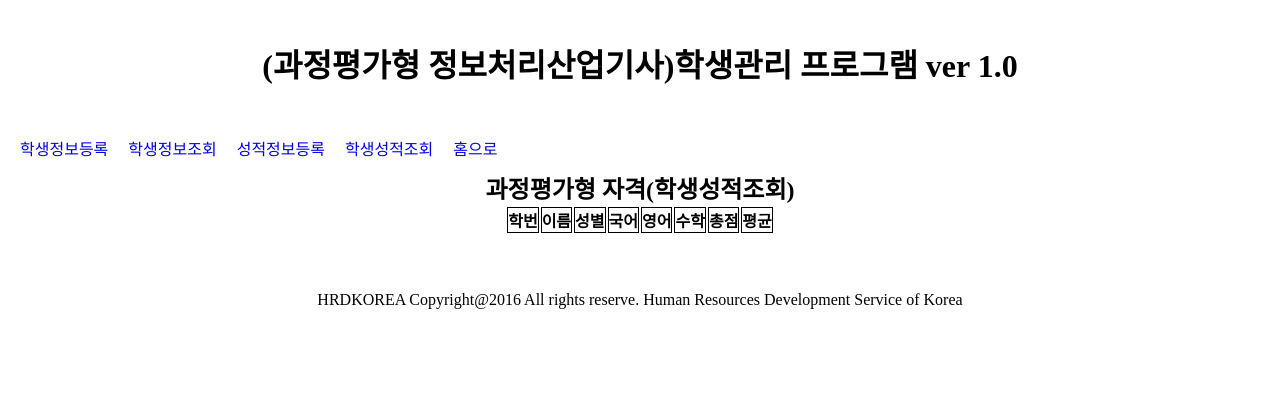
Repository: SeolhwaPark/JSL40_HRDKOREA
Page: http://localhost/HRD_0428_02/view.jsp
The author's editor kept a copy of each file at every save. The page is drawn from the files as they stood at one save, then again after the next save.
The browser window is 1280 px wide. The pictures show the whole page.
The page is served by Tomcat 9. Other server files are loaded and not shown. Queries for data that is not in the repository find no rows.

Above is the page before, as saved 2020-04-29 00:28:42.

### HRD_0428_02/WebContent/view.jsp
<%@ page language="java" contentType="text/html; charset=UTF-8"
    pageEncoding="UTF-8"%>
<%@ page import="java.util.* , model.*"%>

<%
	DAO dao = DAO.getInstance();
	List<VO> list = dao.scorelist();

%>
<!DOCTYPE html>
<html>
<head>
<meta charset="UTF-8">
<title>(과정평가형 정보처리산업기사)학생관리 프로그램 ver 1.0</title>

<style type="text/css">
*{padding:0;margin:0}
.logo{padding:40px 0;text-align:center;}
.navi{padding:10px 0;overflow:hidden}
.navi ul, li{padding:0 10px;float:left;list-style:none}
a{padding:20px 0;text-decoration:none; }

.title{text-align:center;}
.content{margin:0}
.content table{margin:0 auto}
.content table th, td{text-align:center;border: 1px solid}
.btn_group{text-align:center;}

.footer{padding:20px 0;}
.footer p{text-align:center;}
</style>
<script type="text/javascript">
</script>

</head>
<body>

<div class="header">
	<header>
		<h1 class="logo">(과정평가형 정보처리산업기사)학생관리 프로그램 ver 1.0</h1>
		<nav class="navi">
			<ul>
				<li><a href="insert.jsp">학생정보등록</a></li>
				<li><a href="list.jsp">학생정보조회</a></li>
				<li><a href="input.jsp">성적정보등록</a></li>
				<li><a href="view.jsp">학생성적조회</a></li>
				<li><a href="index.jsp">홈으로</a></li>
			</ul>
		</nav>
	</header>
</div>
<div class="section">
	<section>
		<h2 class="title">과정평가형 자격(학생성적조회)</h2>
		<div class="content">

				<table>
					<tr>
						<th>학번</th>
						<th>이름</th>
						<th>성별</th>
						<th>국어</th>
						<th>영어</th>
						<th>수학</th>
						<th>총점</th>
						<th>평균</th>
					</tr>
					<%
						String str;
						for(int x=0;x<list.size(); x++){
						str = list.get(x).getHakbun();
					%>

					<tr>
						<td><%= str.substring(0)+"-"+str.substring(1)+"-"+str.substring(3,4)%></td>
						<td><%= list.get(x).getName() %></td>
						<td><%= list.get(x).getGender()%></td>
						<td><%= list.get(x).getKor() %></td>
						<td><%= list.get(x).getEng() %></td>
						<td><%= list.get(x).getMat() %></td>
						<td><%= list.get(x).getTot() %></td>
						<td><%= list.get(x).getAvg() %></td>
					</tr>
					<tr>
						<td></td>
						<td></td>
						<td>전체총점</td>
						<td></td>
						<td></td>
						<td></td>
						<td></td>
						<td></td>
					</tr>
					<tr>
						<td></td>
						<td></td>
						<td>전체평균</td>
						<td></td>
						<td></td>
						<td></td>
						<td></td>
						<td></td>
					</tr>
					<%
						}
					%>
				</table>
			<br><br>
		</div>

	</section>
</div>
<div class="footer">
	<footer>
		<p>HRDKOREA Copyright@2016 All rights reserve. Human Resources Development Service of Korea</p>
	</footer>
</div>
</body>
</html>

### HRD_0428_02/src/model/DAO.java
package model;

import java.sql.Connection;
import java.sql.DriverManager;
import java.sql.PreparedStatement;
import java.sql.ResultSet;
import java.util.ArrayList;
import java.util.List;

public class DAO {
	private DAO() {}
	private static DAO instance = new DAO();
	public static DAO getInstance() throws Exception{
		return instance;
	}
	public static Connection getConnection() throws Exception{
		Class.forName("oracle.jdbc.OracleDriver");
		Connection con = DriverManager.getConnection("jdbc:oracle:thin:@localhost:1521/xe","hrdkorea","1234");
		return con;
	}

	Connection con = null;
	PreparedStatement pstmt = null;
	ResultSet rs = null;

	public int insert(VO vo) {
		String query="insert into tbl_student01(hakbun,name,phone1,phone2,phone3,birth,gender,regdate) "
				+ "values(?,?,?,?,?,?,?,?)";
		int row =0;
		try {
			con = getConnection();
			pstmt = con.prepareStatement(query);
			pstmt.setString(1, vo.getHakbun());
			pstmt.setString(2, vo.getName());
			pstmt.setString(3, vo.getPhone1());
			pstmt.setString(4, vo.getPhone2());
			pstmt.setString(5, vo.getPhone3());
			pstmt.setString(6, vo.getBirth());
			pstmt.setString(7, vo.getGender());
			pstmt.setString(8, vo.getRegdate());
			row = pstmt.executeUpdate();
		} catch (Exception e) {
			e.printStackTrace();
		}finally {
			try {
				if(rs!=null)rs.close();
				if(pstmt!=null)pstmt.close();
				if(con!=null)con.close();
			} catch (Exception e) {
				e.printStackTrace();
			}
		}
		return row;
	}
	public int input(VO vo) {
		String query="insert into tbl_score01(hakbun,kor,eng,mat) "
				+ "values(?,?,?,?)";
		int row =0;
		try {
			con = getConnection();
			pstmt = con.prepareStatement(query);
			pstmt.setString(1, vo.getHakbun());
			pstmt.setInt(2, vo.getKor());
			pstmt.setInt(3, vo.getEng());
			pstmt.setInt(4, vo.getMat());
			row = pstmt.executeUpdate();
		} catch (Exception e) {
			e.printStackTrace();
		}finally {
			try {
				if(rs!=null)rs.close();
				if(pstmt!=null)pstmt.close();
				if(con!=null)con.close();
			} catch (Exception e) {
				e.printStackTrace();
			}
		}
		return row;
	}

	public VO select(String hakbun) {
		String query="select a.hakbun, b.kor, b.eng, b.mat from tbl_student01 a, tbl_score01 b where a.hakbun = b.hakbun";
		VO vo = null;
		try {
			con = getConnection();
			pstmt = con.prepareStatement(query);
			rs = pstmt.executeQuery();
			if(rs.next()) {
				vo = new VO();
				vo.setHakbun(rs.getString("hakbun"));
				vo.setKor(rs.getInt("kor"));
				vo.setEng(rs.getInt("eng"));
				vo.setMat(rs.getInt("mat"));
			}
		} catch (Exception e) {
			e.printStackTrace();
		}finally {
			try {
				if(rs!=null)rs.close();
				if(pstmt!=null)pstmt.close();
				if(con!=null)con.close();
			} catch (Exception e) {
				e.printStackTrace();
			}
		}
		return vo;
	}
	public VO selectList(String hakbun) {
		String query="select * from tbl_student01 where hakbun=?";
		VO vo = null;
		try {
			con = getConnection();
			pstmt = con.prepareStatement(query);
			pstmt.setString(1, hakbun);
			rs = pstmt.executeQuery();
			if(rs.next()) {
				vo = new VO();
				vo.setHakbun(rs.getString("hakbun"));
				vo.setName(rs.getString("name"));
				vo.setPhone1(rs.getString("phone1"));
				vo.setPhone2(rs.getString("phone2"));
				vo.setPhone3(rs.getString("phone3"));
				vo.setGender(rs.getString("gender"));
				vo.setBirth(rs.getString("birth"));
				vo.setRegdate(rs.getString("regdate"));
			}
		} catch (Exception e) {
			e.printStackTrace();
		}finally {
			try {
				if(rs!=null)rs.close();
				if(pstmt!=null)pstmt.close();
				if(con!=null)con.close();
			} catch (Exception e) {
				e.printStackTrace();
			}
		}
		return vo;
	}

	public List<VO> list() {
		String query="select * from tbl_student01";
		List<VO> list = new ArrayList<VO>();
		VO vo = null;
		try {
			con = getConnection();
			pstmt = con.prepareStatement(query);
			rs = pstmt.executeQuery();

			while(rs.next()) {
				vo = new VO();
				vo.setHakbun(rs.getString("hakbun"));
				vo.setName(rs.getString("name"));
				vo.setPhone1(rs.getString("phone1"));
				vo.setPhone2(rs.getString("phone2"));
				vo.setPhone3(rs.getString("phone3"));
				vo.setGender(rs.getString("gender"));
				vo.setBirth(rs.getString("birth"));
				vo.setRegdate(rs.getString("regdate"));
				list.add(vo);
			}
		} catch (Exception e) {
			e.printStackTrace();
		}finally {
			try {
				if(rs!=null)rs.close();
				if(pstmt!=null)pstmt.close();
				if(con!=null)con.close();
			} catch (Exception e) {
				e.printStackTrace();
			}
		}
		return list;
	}
	public List<VO> scorelist() {
		String query="select a.hakbun,a.name,a.gender,b.kor,b.eng,b.mat,"
				+ "b.kor+b.eng+b.mat as tot, (b.kor+b.eng+b.mat)/3 as avg from tbl_student01 a, tbl_score01 b where a.hakbun = b.hakbun";
		List<VO> list = new ArrayList<VO>();
		VO vo =null;
		try {
			con = getConnection();
			pstmt = con.prepareStatement(query);
			rs = pstmt.executeQuery();

			while(rs.next()) {
				vo = new VO();
				vo.setHakbun(rs.getString("hakbun"));
				vo.setName(rs.getString("name"));
				vo.setGender(rs.getString("gender"));
				vo.setKor(rs.getInt("kor"));
				vo.setEng(rs.getInt("eng"));
				vo.setMat(rs.getInt("mat"));
				vo.setTot(rs.getInt("tot"));
				vo.setAvg(rs.getDouble("avg"));

				list.add(vo);
			}
		} catch (Exception e) {
			e.printStackTrace();
		}finally {
			try {
				if(rs!=null)rs.close();
				if(pstmt!=null)pstmt.close();
				if(con!=null)con.close();
			} catch (Exception e) {
				e.printStackTrace();
			}
		}
		return list;
	}

//	public int max() {
//		String query="select hakbun from tbl_score01 order by hakbun desc";
//		int row =0;
//		try {
//			con = getConnection();
//			pstmt = con.prepareStatement(query);
//			rs = pstmt.executeQuery();
//			if(rs.next()) {
//				row = Integer.parseInt(rs.getString("hakbun"));
//			}
//		} catch (Exception e) {
//			e.printStackTrace();
//		}finally {
//			try {
//				if(rs!=null)rs.close();
//				if(pstmt!=null)pstmt.close();
//				if(con!=null)con.close();
//			} catch (Exception e) {
//				e.printStackTrace();
//			}
//		}
//		return row;
//	}


}

After the next save:
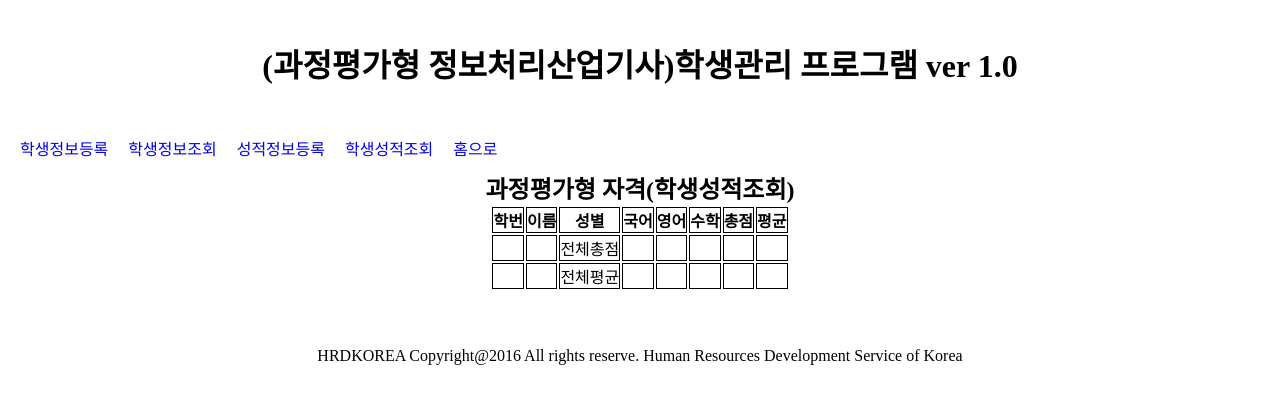
Saved 32 s later.
--- a/HRD_0428_02/WebContent/view.jsp
+++ b/HRD_0428_02/WebContent/view.jsp
@@ -81,6 +81,9 @@ a{padding:20px 0;text-decoration:none; }
 						<td><%= list.get(x).getTot() %></td>
 						<td><%= list.get(x).getAvg() %></td>
 					</tr>
+					<%
+						}
+					%>
 					<tr>
 						<td></td>
 						<td></td>
@@ -101,9 +104,6 @@ a{padding:20px 0;text-decoration:none; }
 						<td></td>
 						<td></td>
 					</tr>
-					<%
-						}
-					%>
 				</table>
 			<br><br>
 		</div>
